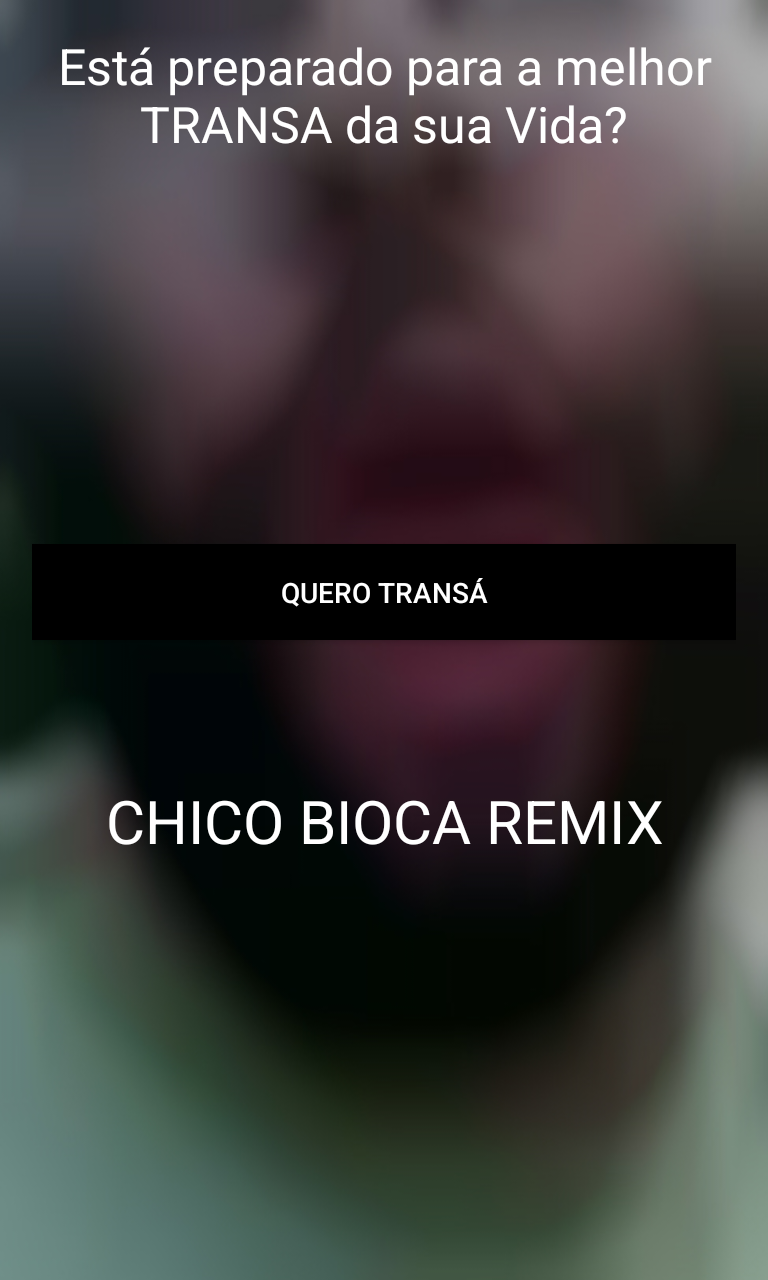
Repository: Cookahn/bioca_sounds
Layout: ChicoBiocaApp/res/layout/activity_main.xml
An editor plug-in stored every save of this project. The layout is shown before and after the next save, followed by the edit.
It is drawn on a 768 x 1280 px phone screen (xhdpi) without system bars, with theme AppTheme; the app's code is not run.

Above is the layout before, as saved 2014-08-12 13:10:26.

After the next save:
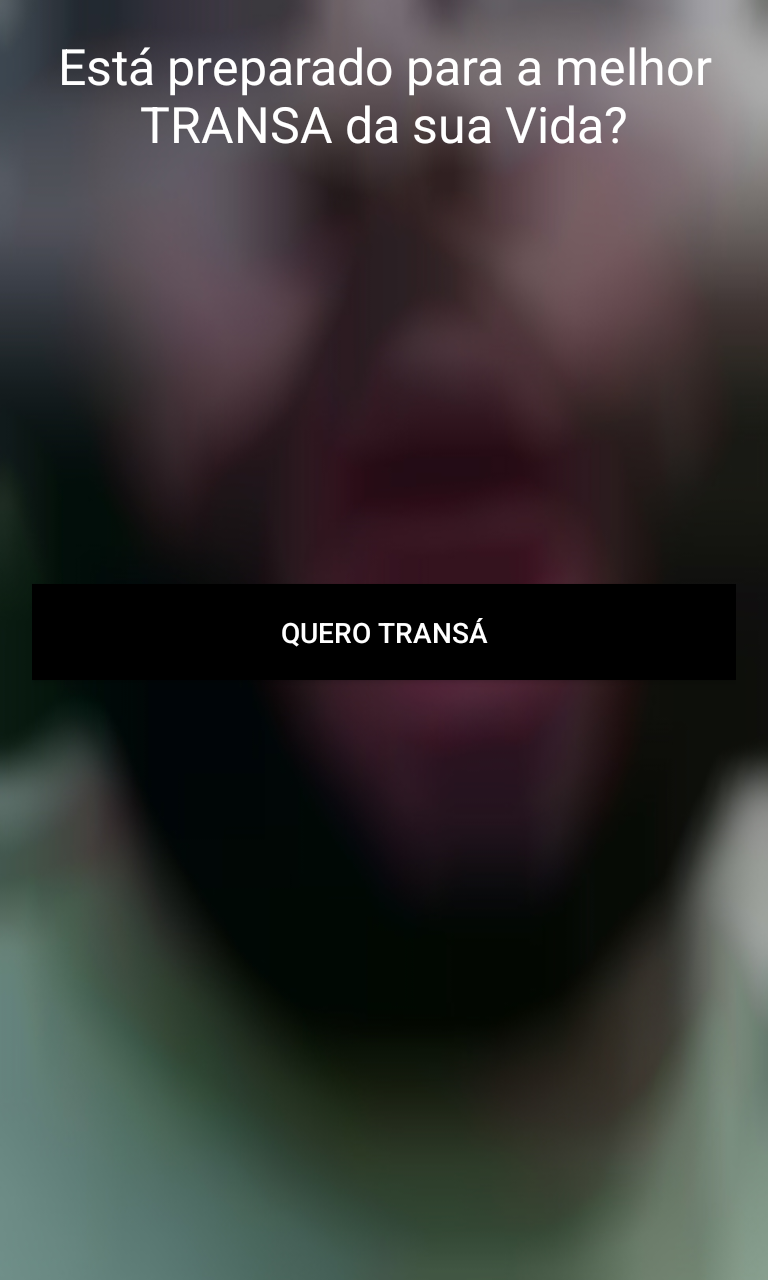
Saved 6 s later.
--- a/ChicoBiocaApp/res/layout/activity_main.xml
+++ b/ChicoBiocaApp/res/layout/activity_main.xml
@@ -16,35 +16,21 @@
         android:gravity="center_horizontal"
         android:text="@string/are_you_ready"
         android:textColor="#fff"
-        android:textSize="25sp" />
-
-    <LinearLayout
+        android:textSize="25sp" /><LinearLayout
         android:layout_width="match_parent"
         android:layout_height="match_parent"
-        android:orientation="vertical"
-        android:gravity="center_vertical" >
+        android:gravity="center_vertical"
+        android:orientation="vertical" >
 
         <Button
             android:id="@+id/i_want_to_fuck"
             android:layout_width="match_parent"
             android:layout_height="wrap_content"
             android:layout_gravity="center"
+            android:layout_marginBottom="70dp"
             android:background="#000"
-            android:textColor="#fff"
-            android:layout_marginBottom="70dp"
-            android:text="@string/i_want_to_fuck" />
-
-                <TextView
-                    android:layout_width="match_parent"
-                    android:layout_height="wrap_content"
-                    android:text="@string/app_name"
-                    android:textAllCaps="true"
-                    android:gravity="center_horizontal"
-                    android:textColor="#fff"
-                    android:textSize="30sp" />
-
+            android:text="@string/i_want_to_fuck"
+            android:textColor="#fff" />
     </LinearLayout>
 
-
-
 </LinearLayout>
